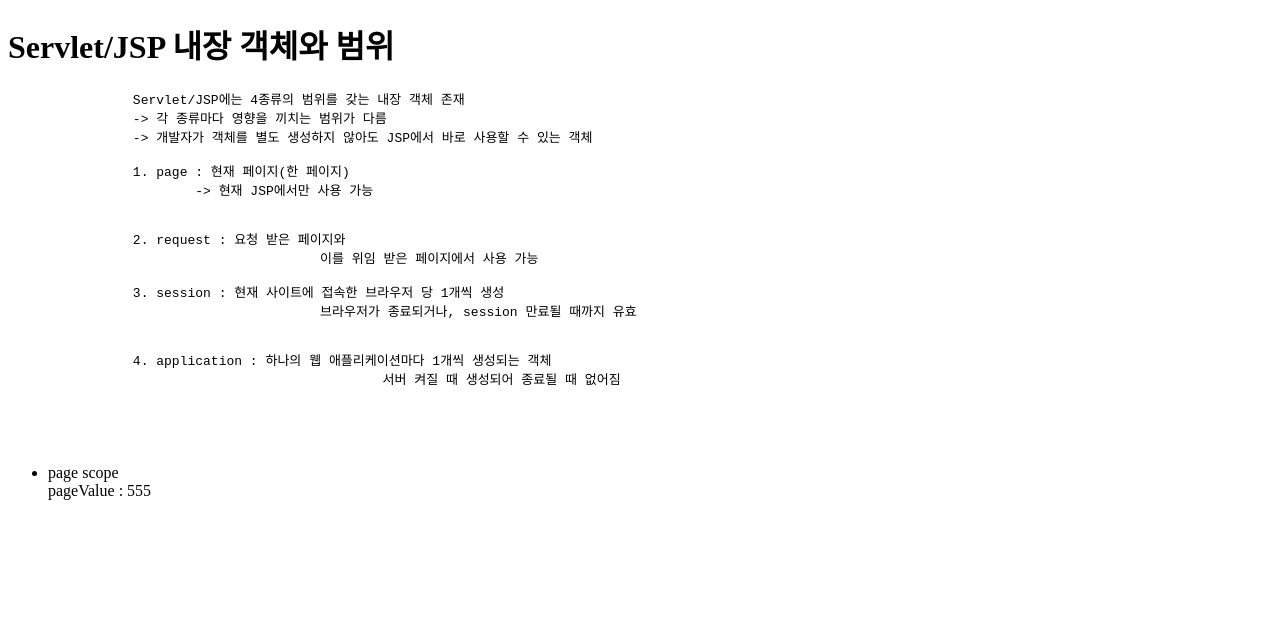
Repository: ahnjaeyoun/6_Server
Page: http://localhost/JSPProject2/scope
An editor plug-in stored every save of this project. The page is shown before and after the next save, followed by the edit.
The browser window is 1280 px wide. The pictures show the whole page.
The page is served by Tomcat 9. Other server files are loaded and not shown.

Above is the page before, as saved 2023-09-19 02:19:56.

### JSPProject2/src/main/webapp/WEB-INF/views/scope/scope.jsp
<%@ page language="java" contentType="text/html; charset=UTF-8"
    pageEncoding="UTF-8"%>
<!DOCTYPE html>
<html>
<head>
<meta charset="UTF-8">
<title>Servlet/JSP 내장 객체와 범위</title>
</head>
<body>
	<h1>Servlet/JSP 내장 객체와 범위</h1>

	<pre>
		Servlet/JSP에는 4종류의 범위를 갖는 내장 객체 존재
		-> 각 종류마다 영향을 끼치는 범위가 다름
		-> 개발자가 객체를 별도 생성하지 않아도 JSP에서 바로 사용할 수 있는 객체

		1. page : 현재 페이지(한 페이지)
			-> 현재 JSP에서만 사용 가능


		2. request : 요청 받은 페이지와
					이를 위임 받은 페이지에서 사용 가능

		3. session : 현재 사이트에 접속한 브라우저 당 1개씩 생성
					브라우저가 종료되거나, session 만료될 때까지 유효


		4. application : 하나의 웹 애플리케이션마다 1개씩 생성되는 객체
						서버 켜질 때 생성되어 종료될 때 없어짐



	</pre>

	<ul>
		<li>
			page scope <br>

			<%
				// pageContext : page scope 객체
				pageContext.setAttribute("pageValue", 555);
			%>

			pageValue : ${ pageScope.pageValue }

		</li>
	</ul>
</body>
</html>

### JSPProject2/src/main/java/edu/kh/jsp/controller/ScopeController.java
package edu.kh.jsp.controller;

import java.io.IOException;

import javax.servlet.RequestDispatcher;
import javax.servlet.ServletContext;
import javax.servlet.ServletException;
import javax.servlet.annotation.WebServlet;
import javax.servlet.http.HttpServlet;
import javax.servlet.http.HttpServletRequest;
import javax.servlet.http.HttpServletResponse;
import javax.servlet.http.HttpSession;

// 서블릿 매핑에서 유효하지 않은 url pattern
// -> 매핑할 주소 제일 앞에 "/" 반드시 작성
// -> 스지 않으면 에러납니다
@WebServlet("/scope")
public class ScopeController extends HttpServlet{

	@Override
	protected void doGet(HttpServletRequest req, HttpServletResponse resp) throws ServletException, IOException {

		RequestDispatcher dispatcher = req.getRequestDispatcher("/WEB-INF/views/scope/scope.jsp");

		// 1.page scope -> JSP에서 확인

		// 2. request scope -> 요청받은 페이지 + 위임받은 페이지
		req.setAttribute("reqValue", 1234);


		// 3. session scope -> 브라우저당 1개
		//					-> 브라우저 종료 또는 session 만료까지 유지

		// session 객체 얻어오는 방법
		HttpSession session = req.getSession();

		session.setAttribute("sessionValue", "999");

		// 4. application scope -> 서버가 켜져있는 동안 유지

		// application 객체를 얻어오는 방법
		// -> request. session 객체에서 얻어오기 가능
		ServletContext application = req.getServletContext();
//		ServletContext application = session.getServletContext();
		application.setAttribute("appValue", 10000);

		// ** 모든 scope는 속성을 세팅하고 얻어오는 방법 동일!!! **






		dispatcher.forward(req, resp);

	}
}

After the next save:
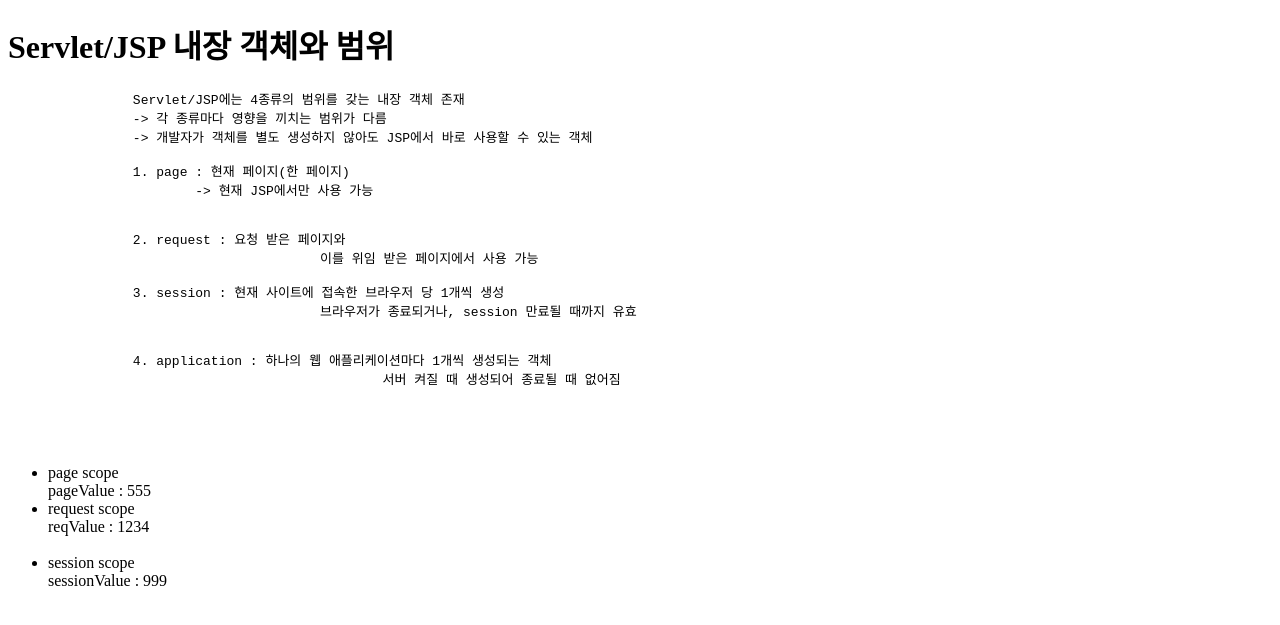
Saved 2 min 19 s later.
--- a/JSPProject2/src/main/webapp/WEB-INF/views/scope/scope.jsp
+++ b/JSPProject2/src/main/webapp/WEB-INF/views/scope/scope.jsp
@@ -44,6 +44,18 @@
 			pageValue : ${ pageScope.pageValue }
 
 		</li>
+
+		<li>
+			request scope <br>
+			reqValue : ${ requestScope.reqValue }
+		</li>
+
+		<br>
+
+		<li>
+			session scope <br>
+			sessionValue : ${ sessionScope.sessionValue }
+		</li>
 	</ul>
 </body>
 </html>
